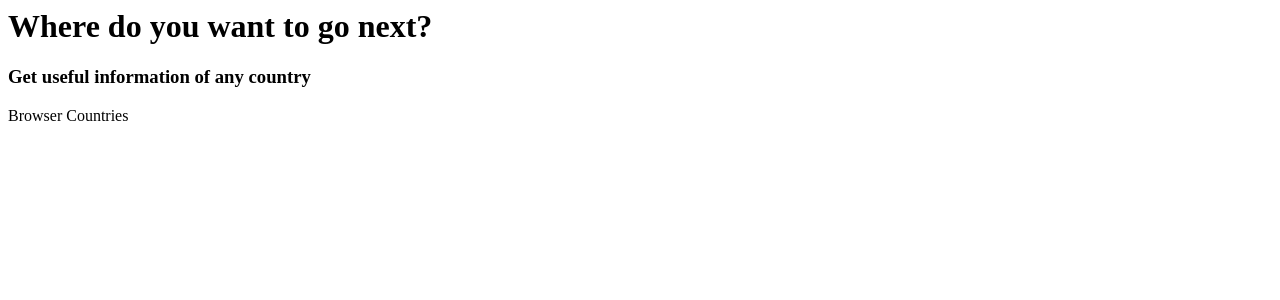
Repository: 0rangeSeaW0lf/ballin-adventure
Page: src/app/main/main.html
The author's editor kept a record of every edit. The page is drawn from the files as they stood at one moment, then again after the next edit.
The browser window is 1280 px wide. The pictures show the whole page.

Above is the page before.

After the next edit:
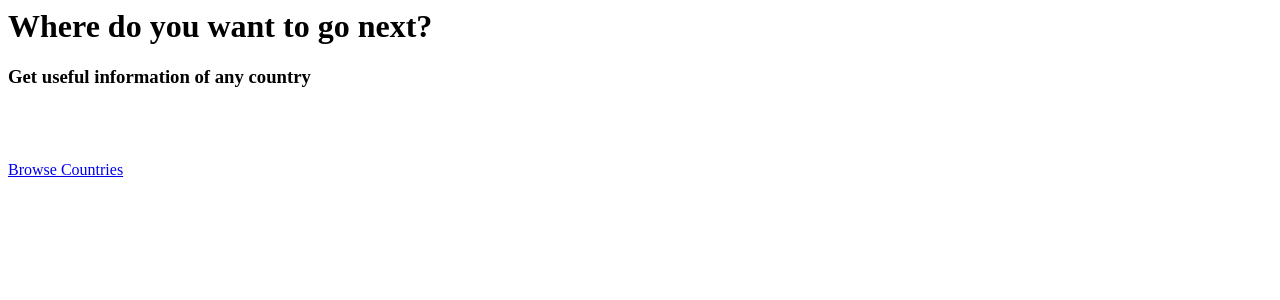
The edit:
--- a/src/app/main/main.html
+++ b/src/app/main/main.html
@@ -2,6 +2,7 @@
   <div class="col-xs-12 child">
     <h1>Where do you want to go next?</h1>
     <h3>Get useful information of any country</h3>
-    <p class="ghost-btn">Browser Countries</p>
+    <br /><br /><br />
+    <a class="ghost-btn" ui-sref="country-list" href="/countries">Browse Countries</a>
   </div>
 </div>
